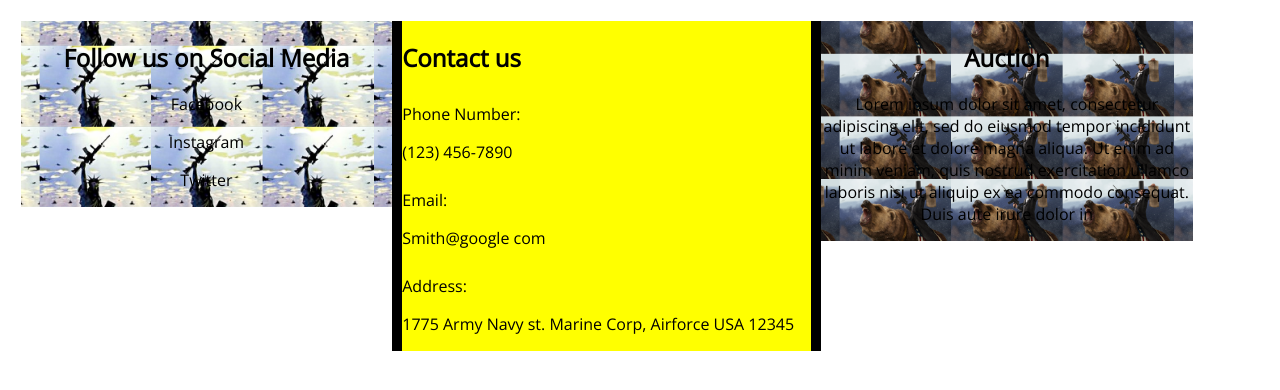
Repository: 3EyEdRav3n/10-2020-cohort-course
Page: week-1/Week-1 Assignment/index.html
These files come from the project's save history. The page is drawn as it stood at one moment and after the next save; the edit follows.
The browser window is 1280 px wide. The pictures show the whole page.

Above is the page before, as saved 2020-11-01 21:57:57.

### week-1/Week-1 Assignment/index.html
<!DOCTYPE html>
<html lang="en">
  <head>
    <meta charset="UTF-8" />
    <meta name="viewport" content="width=device-width, initial-scale=1.0" />
    <link rel="stylesheet" href="./styles.css" />
    <link
      href="https://fonts.googleapis.com/css2?family=Open+Sans&display=swap"
      rel="stylesheet"
    />
    <link
      href="https://fonts.googleapis.com/css2?family=Open+Sans&family=Roboto+Slab:wght@500&display=swap"
      rel="stylesheet"
    />

    <title>VetTech</title>
  </head>
  <body>
    <div class="container">
      <div class="left-col">
        <h2 style="font-style: underline;">Follow us on Social Media</h2>
        <p>Facebook</p>
        <p>Instagram</p>
        <p>Twitter</p>
      </div>
      <div class="center-col">
        <h2>Contact us</h2>
        <p class="ph">Phone Number:
          <p>(123) 456-7890</p>
        </p>
        <p class="em">Email:
          <p>Smith@google com</p>
        </p>
        <p class="add">
          Address:
          <p>1775 Army Navy st. Marine Corp, Airforce USA 12345</p>
        </p>
      </div>
      <div class="right-col">
        <h2>Auction</h2>
        <p>
          Lorem ipsum dolor sit amet, consectetur adipiscing elit, sed do
          eiusmod tempor incididunt ut labore et dolore magna aliqua. Ut enim ad
          minim veniam, quis nostrud exercitation ullamco laboris nisi ut
          aliquip ex ea commodo consequat. Duis aute irure dolor in
        </p>
      </div>
    </div>
  </body>
</html>

### week-1/Week-1 Assignment/styles.css

.container{
        box-sizing: border-box;
        font-family: 'Open Sans', sans-serif;
        min-height:100%;
        padding: 1%;
}
.left-col{
        background-image: url("/images/liberty.jpg");
        background-position: bottom center;
        background-size: 30%;
        background-color: #cccccc;
        float: left;
        text-align: center;
        width: 30%;
}
.center-col{
        background-color: yellow;
        border-left: 10px solid;
        border-right: 10px solid;
        float: left;
        padding: 0px;
        text-align: left;
        width: 33%;
}
.right-col{
        background-image: url("/images/lincoln.jpg");
        background-position: bottom center;
        background-size: 30%;
        background-color: #cccccc;
        float: left;
        text-align: center;
        width: 30%;

}
.ph{
        padding-top: 10px;
        padding-bottom: 0px;
        text-align: left;
}
.em{
        padding-top: 10px;
        padding-bottom: 0px;
        text-align: left;
}
.add{
        padding-top: 10px;
        padding-bottom: 0px;
        text-align: left;
}


h1 {
        font-family: 'Open Sans', sans-serif;
}

After the next save:
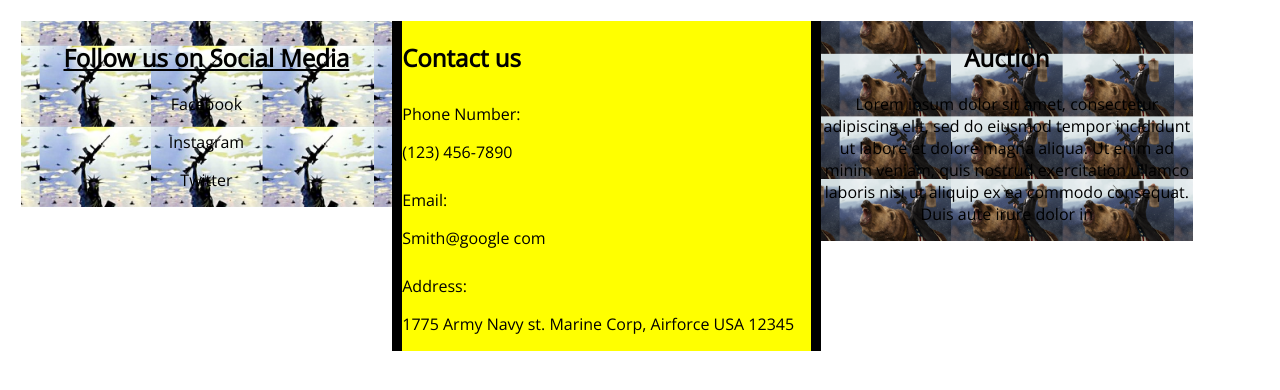
Saved 62 s later.
--- a/week-1/Week-1 Assignment/index.html
+++ b/week-1/Week-1 Assignment/index.html
@@ -18,7 +18,7 @@
   <body>
     <div class="container">
       <div class="left-col">
-        <h2 style="font-style: underline;">Follow us on Social Media</h2>
+        <h2 style="text-decoration:underline;">Follow us on Social Media</h2>
         <p>Facebook</p>
         <p>Instagram</p>
         <p>Twitter</p>
